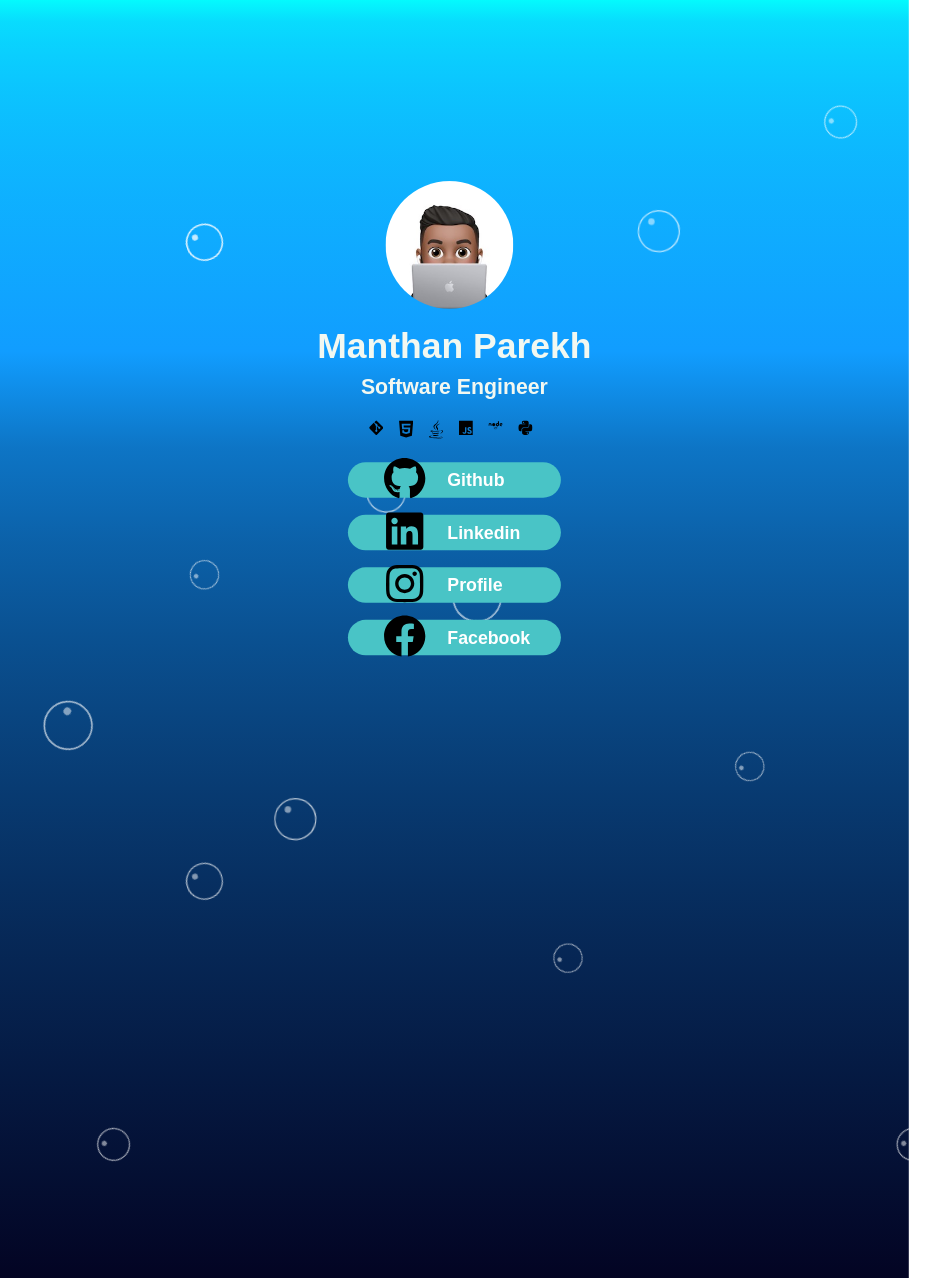
Repository: manthanparekh/linktree-clone
Page: index.html
These files come from the project's save history. The page is drawn as it stood at one moment and after the next save; the edit follows.
The browser window is 1280 px wide. The page is 1319 px wide, so the pictures cover 1319 px, including what lies to the right of the window. The pictures show the whole page, at 71% of full size.
Some web fonts or font styles are not loaded; a fallback is used.

Above is the page before, as saved 2023-05-23 16:04:30.

### index.html
<!DOCTYPE html>
<html lang="eng">
    <head>
        <meta charset="UTF-8">
        <meta name="viewport" content="width=device-width, initial-scale=1.0">
        <title>Link sites</title>
        <link rel="stylesheet" type="text/css" href="style/view.css">
        <link rel="stylesheet" type="text/css" href="style/block-information.css">
        <link rel="stylesheet" type="text/css" href="style/responsive.css">
        <link rel="icon" type="image/png" href="/img/android-chrome-192x192.png">
    </head>
    <body>
        <div class="container">
            <div class="wrapper">
                <div><span class="dot"></span></div>
                <div><span class="dot"></span></div>
                <div><span class="dot"></span></div>
                <div><span class="dot"></span></div>
                <div><span class="dot"></span></div>
                <div><span class="dot"></span></div>
                <div><span class="dot"></span></div>
                <div><span class="dot"></span></div>
                <div><span class="dot"></span></div>
                <div><span class="dot"></span></div>
                <div><span class="dot"></span></div>
                <div><span class="dot"></span></div>
                <div><span class="dot"></span></div>
                <div><span class="dot"></span></div>
                <div><span class="dot"></span></div>
            </div>
            <div class="align-block">
                <div class="block">
                    <main class="content">
                        <div class="personal-information">
                            <img src="./img/D03E815A-EB22-4023-A4E1-EEF42EFE75E2.jpeg" alt="emoji representing Manthan Parekh">
                            <h1>Manthan Parekh</h1>
                            <h3>Software Engineer</h3>
                        </div>

                        <div class="coding-icon">
                            <div class="icon-horizontal"><img class="code-icon" src="./img/git-alt-icon.svg" alt="git icon"></div>
                            <div class="icon-horizontal"><img class="code-icon" src="./img/html5-icon.svg" alt="html5 icon"></div>
                            <div class="icon-horizontal"><img class="code-icon" src="./img/java-icon.svg" alt="java icon"></div>
                            <div class="icon-horizontal"><img class="code-icon" src="./img/js-icon.svg" alt="js icon"></div>
                            <div class="icon-horizontal"><img class="code-icon" src="./img/node-icon.svg" alt="node.js icon"></div>
                            <div class="icon-horizontal"><img class="code-icon" src="./img/python-icon.svg" alt="python icon"></div>
                        </div>

                        <div class="redirect">
                            <a href="https://github.com/manthanparekh">
                                <div class="redirect-media click-here">
                                    <div>
                                        <img class="icon" src="./img/github-icon.svg" alt="Click here to be redirected to Manthan Parekh's github profile">
                                    </div>
                                    <div>
                                        <p>Github</p>
                                    </div>
                                </div>
                            </a>
                            <a href="https://www.linkedin.com/in/manthanparekh01">
                                <div class="redirect-media click-here">
                                    <div>
                                        <img class="icon" src="./img/linkedin-icon.svg" alt="Click here to be redirected to Manthan Parekh's linkedin profile">
                                    </div>
                                    <div>
                                        <p>Linkedin</p>
                                    </div>
                                </div>
                            </a>
                            <a href="https://www.instagram.com/manthanparekh/">
                                <div class="redirect-media click-here">
                                    <div>
                                        <img class="icon" src="./img/instagram-icon.svg" alt="Click here to be redirected to Manthan Parekh instagram">
                                    </div>
                                    <div>
                                        <p>Profile</p>
                                    </div>
                                </div>
                            </a>
                            <!--
                            <a href="https://www.instagram.com/manthanparekh/">
                                <div class="redirect-media click-here">
                                    <div>
                                        <img class="icon" src="./img/instagram-icon.svg" alt="Click here to be redirected to Manthan Parekh instagram">
                                    </div>
                                    <div>
                                        <p>Code</p>
                                    </div>
                                </div>
                            </a>
                        -->
                            <a href="https://www.facebook.com/manthan.parekh.35">
                                <div class="redirect-media click-here">
                                    <div>
                                        <img class="icon" src="./img/facebook-icon.svg" alt="Click here to be redirected to Manthan Parekh facebook">
                                    </div>
                                    <div>
                                        <p>Facebook</p>
                                    </div>
                                </div>
                            </a>
                        </div>
                    </main>
                </div>
            </div>
        </div>
    </body>
</html>

### style/view.css
* {
    margin: 0;
    padding: 0;
}

.wrapper {
    height: 250%;
    width: 100%;
    background: linear-gradient(180deg, #04fafd, 5%, #119dff, 50%, #030423);
    position: absolute;
}

.wrapper h1 {
    top: 50%;
    left: 50%;
    transform: translate(-50%, -50%);
    position: absolute;
    font-family: sans-serif;
    letter-spacing: 1px;
    word-spacing: 2px;
    color: #fff;
    font-size: 40px;
    font-weight: 888;
    text-transform: uppercase;
}

.wrapper div {
    height: 60px;
    width: 60px;
    border: 2px solid rgba(255, 255, 255, 0.7);
    border-radius: 50px;
    position: absolute;
    top: 10%;
    left: 10%;
    animation: 4s linear infinite;
}

div .dot {
    height: 10px;
    width: 10px;
    border-radius: 50px;
    background: rgba(255, 255, 255, 0.5);
    position: absolute;
    top: 20%;
    right: 20%;
}
.wrapper div:nth-child(1) {
    top: 20%;
    left: 20%;
    animation: animate 8s linear infinite;
}

.wrapper div:nth-child(2) {
    top: 60%;
    left: 80%;
    animation: animate 10s linear infinite;
}
.wrapper div:nth-child(3) {
    top: 40%;
    left: 40%;
    animation: animate 3s linear infinite;
}
.wrapper div:nth-child(4) {
    top: 66%;
    left: 30%;
    animation: animate 7s linear infinite;
}
.wrapper div:nth-child(5) {
    top: 90%;
    left: 10%;
    animation: animate 9s linear infinite;
}
.wrapper div:nth-child(6) {
    top: 30%;
    left: 60%;
    animation: animate 5s linear infinite;
}
.wrapper div:nth-child(7) {
    top: 70%;
    left: 20%;
    animation: animate 8s linear infinite;
}
.wrapper div:nth-child(8) {
    top: 75%;
    left: 60%;
    animation: animate 10s linear infinite;
}
.wrapper div:nth-child(9) {
    top: 50%;
    left: 50%;
    animation: animate 6s linear infinite;
}
.wrapper div:nth-child(10) {
    top: 45%;
    left: 20%;
    animation: animate 10s linear infinite;
}
.wrapper div:nth-child(11) {
    top: 10%;
    left: 90%;
    animation: animate 9s linear infinite;
}
.wrapper div:nth-child(12) {
    top: 20%;
    left: 70%;
    animation: animate 7s linear infinite;
}
.wrapper div:nth-child(13) {
    top: 20%;
    left: 20%;
    animation: animate 8s linear infinite;
}
.wrapper div:nth-child(14) {
    top: 60%;
    left: 5%;
    animation: animate 6s linear infinite;
}
.wrapper div:nth-child(15) {
    top: 90%;
    left: 80%;
    animation: animate 9s linear infinite;
}

.wrapper div:nth-child(16) {
    top: 10%;
    left: 12%;
    animation: animate 9s linear infinite;
}
.wrapper div:nth-child(17) {
    top: 95%;
    left: 60%;
    animation: animate 9s linear infinite;
}
.wrapper div:nth-child(15) {
    top: 90%;
    left: 98%;
    animation: animate 9s linear infinite;
}


@keyframes animate {
    0% {
        transform: scale(0) translateY(0) rotate(70deg);
    }
    100% {
        transform: scale(1.3) translateY(-100px) rotate(360deg);
    }
}

### style/block-information.css
@import url('https://fonts.googleapis.com/css?family=Courgette');
@import url('https://fonts.cdnfonts.com/css/bruno-ace-sc');

html{
    scroll-behavior: smooth;
}

body::-webkit-scrollbar {
    width: 12px
}

body::-webkit-scrollbar-thumb {
    background-color: #472dbd;
    border-radius: 10px;
}

div.align-block{
    display: flex;
    justify-content: center;
    align-items: center;
}

.block{
    z-index: 2;
    margin-top: 5%;
    display: flex;
    justify-content: center;
    align-items: center;
}

main.content{
    width: 500px;
    height: 1000px;
    border-radius: 10px;
    display: flex;
    flex-direction: column;
    align-items: center;
    justify-content: center;
    z-index: 2;
    margin-top: 5%;
    display: flex;
    justify-content: center;
    align-items: center;;
}

div.personal-information img{
    width: 180px;
    height: 180px;
    border-radius: 70%;
    margin-left: 25%;
    margin-bottom: 5%;

}

div.personal-information h1{
    font-family: 'Poppins', sans-serif;
    color: #f2f8f1;
    font-size: 50px;
    text-align: center;
    margin-bottom: 3%;
}

div.personal-information h3{
    font-size: 30px;
}

div.personal-information h3,
div.personal-information p{
    font-family: 'Poppins', sans-serif;
    color: #f2f8f1;
    text-align: center;
    margin-bottom: 6%;
}

div.icon-horizontal {
    height: 30px;
    width: 20px;
    padding: 6px;
    float: left;
    margin-right: 10px;
}

div.click-here{
    width: 300px;
    height: 50px;
    background-color: #49c4c6;
    border-radius: 50px;
    margin-top: 8%;
}

div.click-here p{
    font-family: 'Bruno Ace SC', sans-serif;
    font-weight: 700;
    font-size: 25px;
    color: #FFFFFF;
    text-align: center;
    margin-left: 30px;
}

.redirect-media{
    display: flex;
    align-items: center;
}

a{
    text-decoration: none;
}

img.icon{
    width: 60px;
    height: 60px;
    margin-left: 50px;
}

p.subtitles{
    font-family: 'Poppins', sans-serif;
    font-weight: 700;
    color: #353839;
    text-align: center;
    margin-top: 40px;
}

div.no-icon p{
    margin-left: 0px;
}

div.no-icon p.align-text{
    width: 300px;
    text-align: center;
}

### style/responsive.css
@media(max-width: 500px) {
    .block{
        z-index: 2;
        margin-top: 5%;
    }

    main.content{
        width: 300px;
        height: 200px;
    }

    div.personal-information img {
        width: 900px;
        height: 100px;
        border-radius: 50%;
        margin-top: 10px;
        margin-left: 25%;
        margin-bottom: 10px;
    }

    div.click-here{
        width: 300px;
        height: 60px;
        background-color: #22c1c3;
        border-radius: 50px;
        margin-top: 5%;
    }

    img.icon{
        width: 0px;
        height: 30px;
    }

}

After the next save:
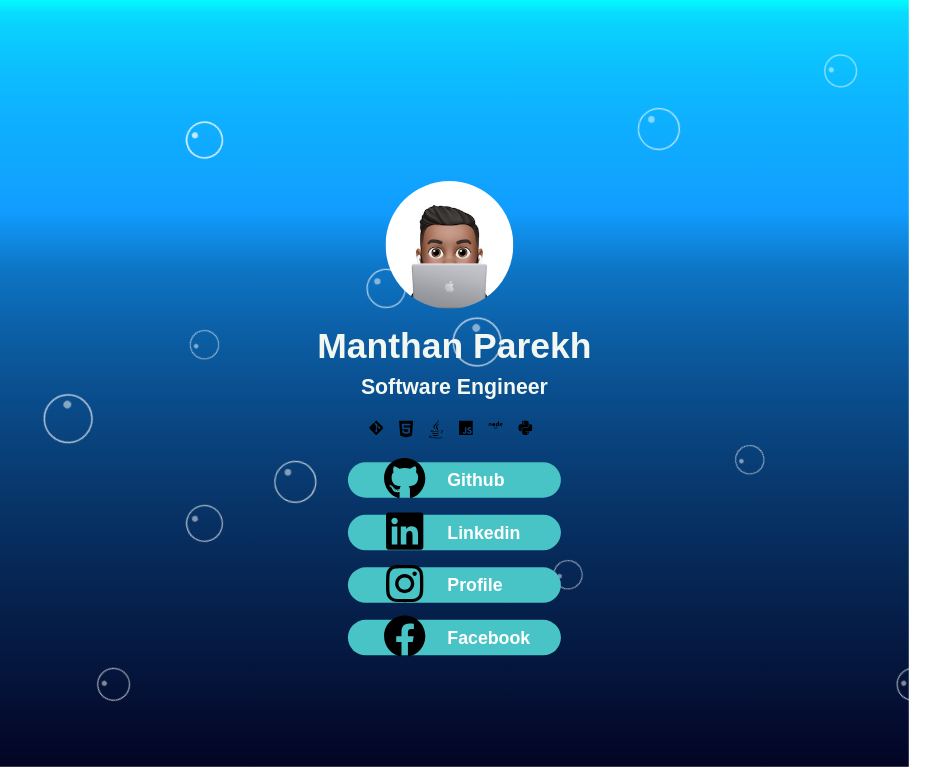
Saved 8 s later.
--- a/style/view.css
+++ b/style/view.css
@@ -4,7 +4,7 @@
 }
 
 .wrapper {
-    height: 250%;
+    height: 150%;
     width: 100%;
     background: linear-gradient(180deg, #04fafd, 5%, #119dff, 50%, #030423);
     position: absolute;
